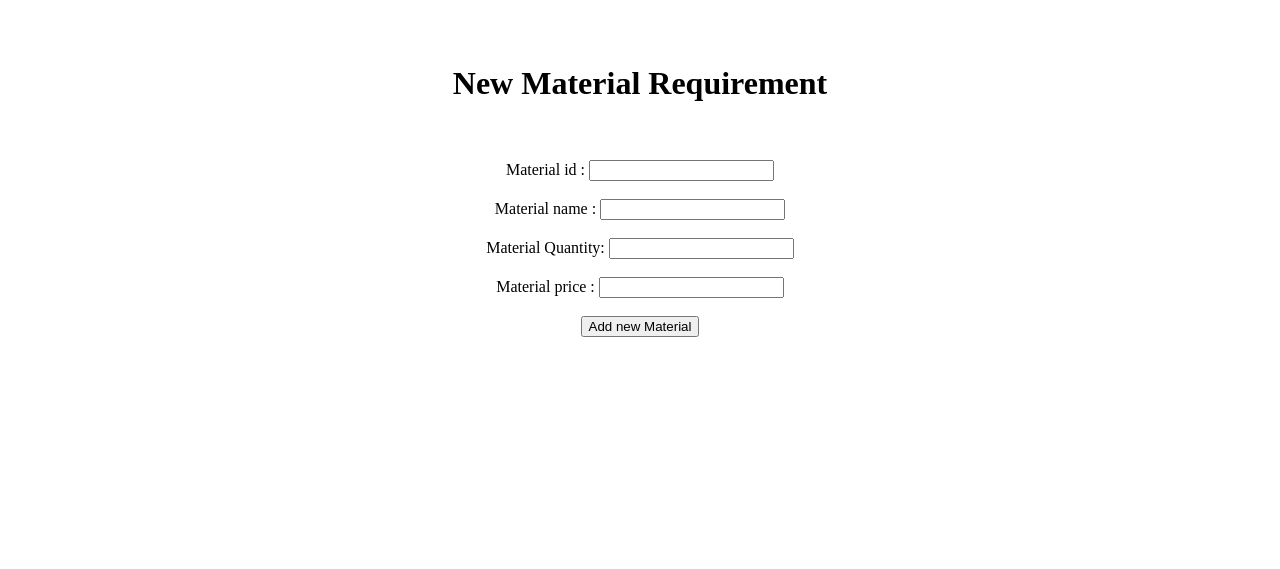
Repository: Nilesh-Parit/J2EE
Page: http://localhost/SpringMvcCrud/WEB-INF/views/addproduct.jsp
The author's editor kept a copy of each file at every save. The page is drawn from the files as they stood at one save, then again after the next save.
The browser window is 1280 px wide. The pictures show the whole page.
The page is served by Tomcat 9. Nobody is signed in. The template is opened directly, without the code that normally fills it, so the values that code supplies are empty.

Above is the page before, as saved 2024-01-12 03:43:06.

After the next save:
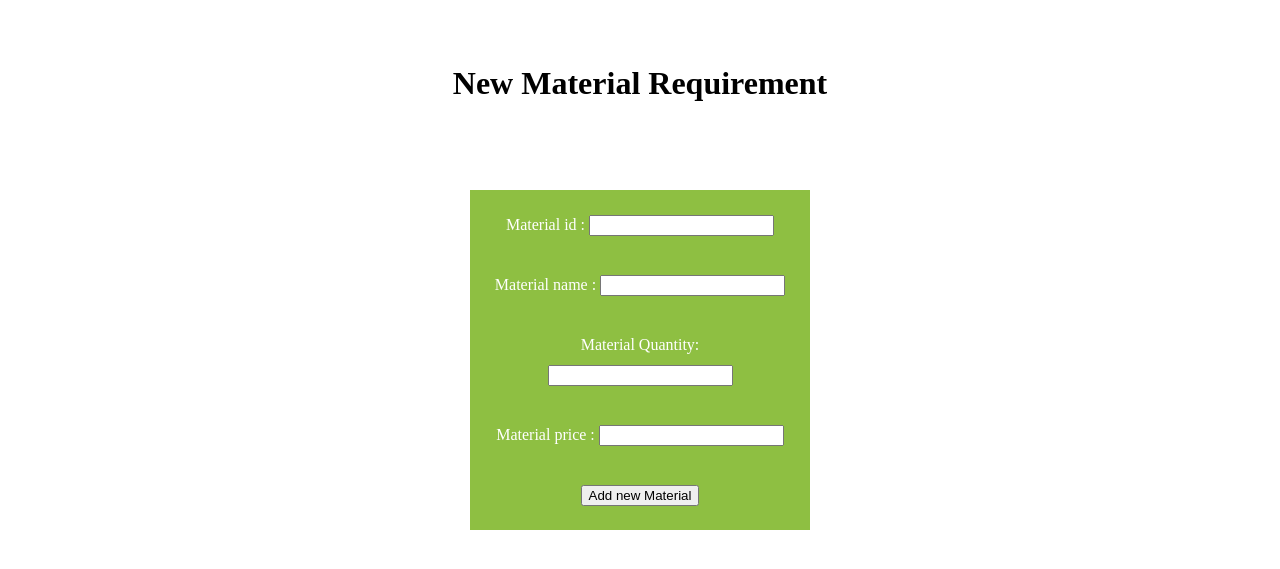
Saved 111 s later.
--- a/Spring/SpringMvcCrud/src/main/webapp/WEB-INF/views/addproduct.jsp
+++ b/Spring/SpringMvcCrud/src/main/webapp/WEB-INF/views/addproduct.jsp
@@ -2,6 +2,25 @@
 	pageEncoding="ISO-8859-1"%>
 <!DOCTYPE html>
 <html>
+ <style>
+      div {
+        background-color: #8ebf42;
+        color: #ffffff;
+        width: 300px;
+        height: 300px;
+        position: absolute;
+        left: 50%;
+        top: 50%;
+        transform: translate(-50%, -50%);
+        padding: 20px;
+        line-height: 30px;
+      }
+      h2,
+      h3 {
+        text-align: center;
+        color: #4287f5;
+      }
+    </style>
 <head>
 <meta charset="ISO-8859-1">
 <title>Insert title here</title>
